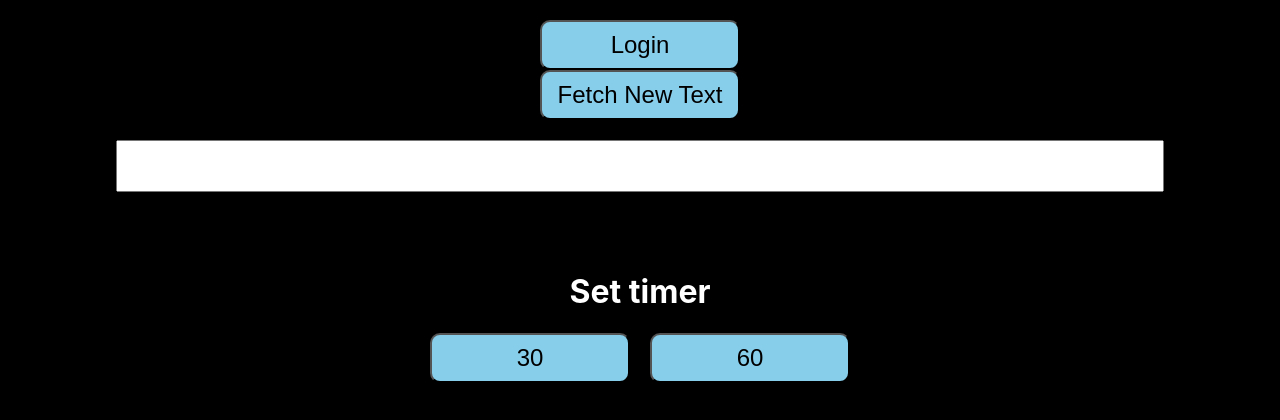
Repository: abhaysharma20233009/swiftKey
Page: / (app in frontend/my-app/)
The author's editor kept a copy of each file at every save. The page is drawn from the files as they stood at one save, then again after the next save.
The browser window is 1280 px wide. The pictures show the whole page.
The page's requests for data from a server got no answer. The project was rebuilt for these pictures with package versions that can differ from the ones it lists, and the page was loaded fresh each time. No one was signed in, and anything a server would have sent is missing. Also part of the build but not shown: frontend/my-app/src/Results.js, frontend/my-app/src/Login.js.

Above is the page before, as saved 2024-10-10 15:28:16.

After the next save:
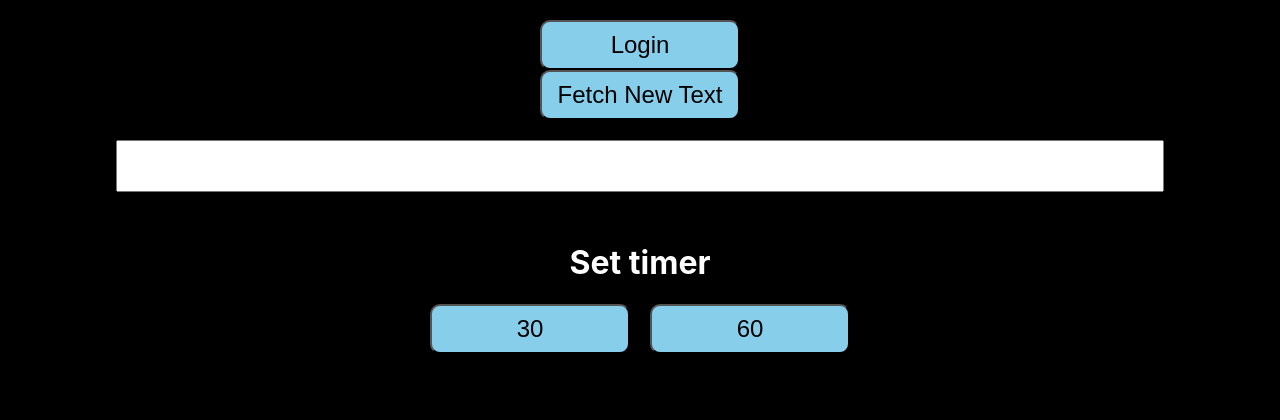
Saved 2 min 52 s later.
--- a/frontend/my-app/src/Swifts.js
+++ b/frontend/my-app/src/Swifts.js
@@ -10,7 +10,7 @@
     const location = useLocation();
 
     // Retrieve username from location state
-    const username = location.state?.username||'';
+    const username = location.state?.username || '';
 
     const fetchMessages = async () => {
         try {
@@ -35,7 +35,7 @@
     useEffect(() => {
         if (time > 0) {
             const timer = setTimeout(() => {
-                navigate('/results', { state: { currentWordIndex, username } }); // Pass both currentWordIndex and username
+                navigate('/results', { state: { currentWordIndex, username } });
             }, time * 1000);
 
             return () => clearTimeout(timer);
@@ -60,13 +60,24 @@
     const words = message.split(' ');
     const currentWord = words[currentWordIndex] || '';
 
+    // Function to chunk words into lines of 10 words each
+    const chunkWords = (words, chunkSize) => {
+        const result = [];
+        for (let i = 0; i < words.length; i += chunkSize) {
+            result.push(words.slice(i, i + chunkSize));
+        }
+        return result;
+    };
+
+    const chunkedWords = chunkWords(words, 10); // Chunk words into groups of 10
+
     return (
         <div style={{ textAlign: 'center', marginTop: '20px' }}>
             {username && <h2>Welcome, {username}!</h2>}
             <button className="log" onClick={() => navigate('/login')}>Login</button>
-            <br/>
+            <br />
             <button className="log" onClick={fetchMessages}>Fetch New Text</button>
-            <br/>
+            <br />
             <input
                 type="text"
                 value={inputValue}
@@ -79,21 +90,29 @@
                 }}
                 placeholder={currentWord.slice(inputValue.length)}
             />
-            <div className="para" >
-            <div style={{ fontSize: '24px', marginTop: '10px' }}>
-                {words.map((word, index) => (
-                    <span
-                        key={index}
-                        style={{
-                            padding: '0 5px',
-                            color: index === currentWordIndex ? 'blue' : 'white',
-                            textDecoration: index < currentWordIndex ? 'line-through' : 'none',
-                        }}
-                    >
-                        {word}
-                    </span>
+            <div style={{ fontSize: '24px', marginTop: '10px', textAlign: 'left' }}>
+                {chunkedWords.map((line, lineIndex) => (
+                    <div key={lineIndex} style={{ display: 'flex', flexWrap: 'wrap' }}>
+                        {line.map((word, index) => {
+                            const wordIndex = lineIndex * 10 + index; // Calculate the global index
+                            const isCurrentWord = wordIndex === currentWordIndex;
+                            const isTypedWord = wordIndex < currentWordIndex;
+
+                            return (
+                                <span
+                                    key={wordIndex}
+                                    style={{
+                                        padding: '0 5px',
+                                        color: isCurrentWord ? 'blue' : (isTypedWord ? 'gray' : 'white'),
+                                        textDecoration: isTypedWord ? 'line-through' : 'none',
+                                    }}
+                                >
+                                    {word}
+                                </span>
+                            );
+                        })}
+                    </div>
                 ))}
-            </div>
             </div>
             <h1>Set timer</h1>
             <button className="log" onClick={() => setTime(30)}>30</button>

After the 3 saves that followed:
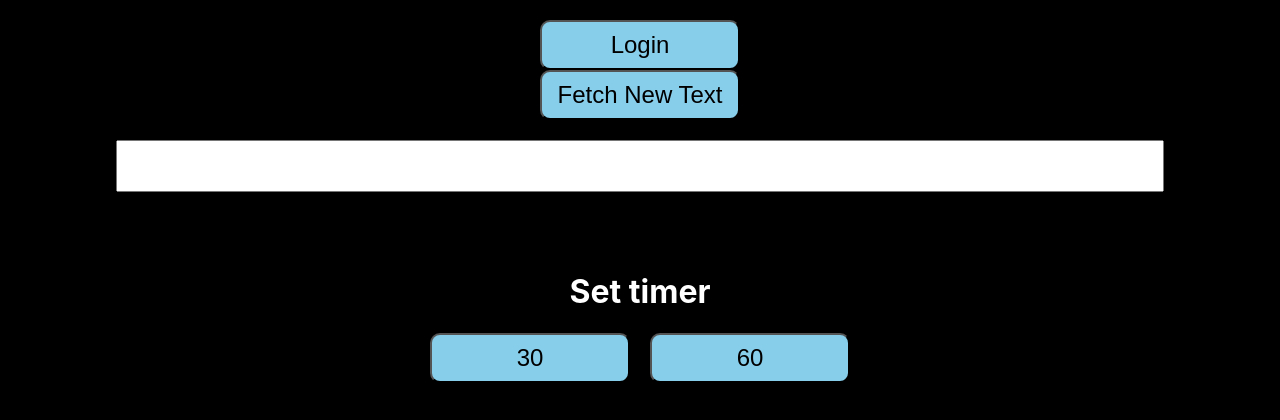
The 3 saves are shown as one change because 2 left the picture as it was.
The last was saved 2 min 30 s later.
--- a/frontend/my-app/src/Swifts.js
+++ b/frontend/my-app/src/Swifts.js
@@ -60,17 +60,6 @@
     const words = message.split(' ');
     const currentWord = words[currentWordIndex] || '';
 
-    // Function to chunk words into lines of 10 words each
-    const chunkWords = (words, chunkSize) => {
-        const result = [];
-        for (let i = 0; i < words.length; i += chunkSize) {
-            result.push(words.slice(i, i + chunkSize));
-        }
-        return result;
-    };
-
-    const chunkedWords = chunkWords(words, 10); // Chunk words into groups of 10
-
     return (
         <div style={{ textAlign: 'center', marginTop: '20px' }}>
             {username && <h2>Welcome, {username}!</h2>}
@@ -90,29 +79,24 @@
                 }}
                 placeholder={currentWord.slice(inputValue.length)}
             />
-            <div style={{ fontSize: '24px', marginTop: '10px', textAlign: 'left' }}>
-                {chunkedWords.map((line, lineIndex) => (
-                    <div key={lineIndex} style={{ display: 'flex', flexWrap: 'wrap' }}>
-                        {line.map((word, index) => {
-                            const wordIndex = lineIndex * 10 + index; // Calculate the global index
-                            const isCurrentWord = wordIndex === currentWordIndex;
-                            const isTypedWord = wordIndex < currentWordIndex;
+            <div style={{ fontSize: '24px', marginTop: '10px', textAlign: 'left', whiteSpace: 'nowrap', overflowX: 'auto' }}>
+                {words.map((word, index) => {
+                    const isCurrentWord = index === currentWordIndex;
+                    const isTypedWord = index < currentWordIndex;
 
-                            return (
-                                <span
-                                    key={wordIndex}
-                                    style={{
-                                        padding: '0 5px',
-                                        color: isCurrentWord ? 'blue' : (isTypedWord ? 'gray' : 'white'),
-                                        textDecoration: isTypedWord ? 'line-through' : 'none',
-                                    }}
-                                >
-                                    {word}
-                                </span>
-                            );
-                        })}
-                    </div>
-                ))}
+                    return (
+                        <span
+                            key={index}
+                            style={{
+                                padding: '0 5px',
+                                color: isCurrentWord ? 'blue' : (isTypedWord ? 'gray' : 'white'),
+                                textDecoration: isTypedWord ? 'line-through' : 'none',
+                            }}
+                        >
+                            {word}
+                        </span>
+                    );
+                })}
             </div>
             <h1>Set timer</h1>
             <button className="log" onClick={() => setTime(30)}>30</button>
